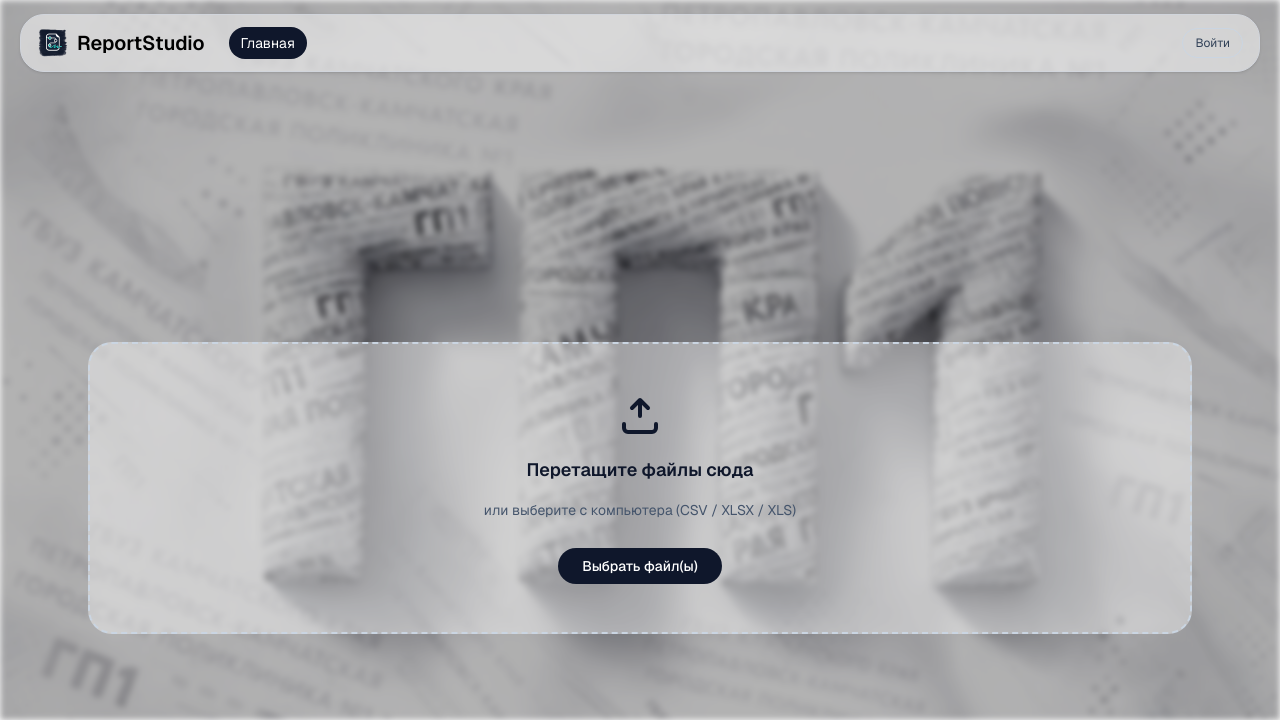
Repository: vladzap2423/report_studio_v2
Page: /
The author's editor kept a copy of each file at every save. The page is drawn from the files as they stood at one save, then again after the next save.
The browser window is 1280 px wide. The pictures show the whole page.
The page's requests for data from a server got no answer. An inner scrolling area shows only its first screen. The project was rebuilt for these pictures with package versions that can differ from the ones it lists, and the page was loaded fresh each time. The framework's server and built-in components were replaced by stand-ins that run in the browser. No one was signed in, and anything a server would have sent is missing. Also part of the build but not shown: next.config.ts, src/app/components/AppToastViewport.tsx, src/app/components/ScriptsList.tsx.

Above is the page before, as saved 2026-04-17 09:52:39.

### src/app/layout.tsx
import type { Metadata } from "next";
import { Geist, Geist_Mono } from "next/font/google";
import "./globals.css"
import Header from "./components/Header";
import { AppToastProvider } from "./components/AppToastProvider";

const geistSans = Geist({
  variable: "--font-geist-sans",
  subsets: ["latin"],
});

const geistMono = Geist_Mono({
  variable: "--font-geist-mono",
  subsets: ["latin"],
});

export const metadata: Metadata = {
  title: "ГП1 Платформа",
  description: "Платформа ГП1",
};

export default function RootLayout({
  children,
}: Readonly<{
  children: React.ReactNode;
}>) {
  return (
    <html lang="ru">
      <body className={`${geistSans.variable} ${geistMono.variable} antialiased`}>
        <AppToastProvider>
          <div className="app-shell">
            <Header
              title="ReportStudio"
              links={[
                { label: "Главная", href: "/" },
                { label: "Задачи", href: "/tasks" },
                { label: "Админ", href: "/admin" },
              ]}
            />

            <main className="app-main-slot">
              <div className="app-main-frame app-page">{children}</div>
            </main>
          </div>
        </AppToastProvider>
      </body>
    </html>
  );
}

### src/app/page.tsx
"use client";
import { useState } from "react";
import DropZone from "./components/DropZone";
import ScriptsList from "./components/ScriptsList";

export default function HomePage() {
  const [files, setFiles] = useState<File[]>([]);
  const [showDrop, setShowDrop] = useState(true);

  const handleFilesPicked = (picked: File[]) => {
    setFiles(picked);
    setShowDrop(false);
  };

  const resetFiles = () => {
    setFiles([]);
    setShowDrop(true);
  };

  return (
      <div className="mx-auto max-w-6xl px-6 py-14 w-full">
        {showDrop ? (
          <DropZone onFilesPicked={handleFilesPicked} />
        ) : (
          <>
            <button onClick={resetFiles} className="mb-6 rounded-2xl bg-slate-900 px-5 py-3 text-white">
              Загрузить новый файл
            </button>
            <ScriptsList files={files} />
          </>
        )}
      </div>
  );
}

### src/app/globals.css
@import "tailwindcss";

:root {
  --background: #ffffff;
  --foreground: #171717;
  --app-max-width: 1400px;
  --app-main-max-width: 1680px;
  --app-gutter: 16px;
  --app-header-py: 12px;
  --app-content-py: 12px;
  color-scheme: light;
}

@theme inline {
  --color-background: var(--background);
  --color-foreground: var(--foreground);
  --font-sans: var(--font-geist-sans);
  --font-mono: var(--font-geist-mono);
}

html,
body {
  height: 100%;
}

body {
  margin: 0;
  background: var(--background);
  color: var(--foreground);
  font-family: var(--font-geist-sans), "Segoe UI", sans-serif;
  position: relative;
  overflow: hidden;
}

body::before {
  content: "";
  position: fixed;
  inset: 0;
  background-image: url("/fon.png");
  background-size: cover;
  background-position: center;
  background-repeat: no-repeat;
  filter: blur(3px) brightness(0.7);
  z-index: -1;
}

.app-shell {
  height: 100dvh;
  display: flex;
  flex-direction: column;
  overflow: hidden;
}

.app-frame {
  width: min(var(--app-max-width), calc(100% - (var(--app-gutter) * 2)));
  margin-inline: auto;
}

.app-main-frame {
  width: min(var(--app-main-max-width), calc(100% - (var(--app-gutter) * 2)));
  margin-inline: auto;
}

.app-header {
  flex: 0 0 auto;
  padding-block: var(--app-header-py);
}

.app-main-slot {
  flex: 1 1 auto;
  min-height: 0;
  padding-bottom: var(--app-content-py);
}

.app-page {
  height: 100%;
  overflow: auto;
}

@media (min-width: 1024px) {
  :root {
    --app-gutter: 20px;
    --app-header-py: 14px;
    --app-content-py: 14px;
  }
}

### src/app/components/Header.tsx
"use client";

import React, { useEffect, useMemo, useState } from "react";
import Link from "next/link";
import { usePathname } from "next/navigation";
import { hasRequiredRole, type UserRole } from "@/lib/roles";

type HeaderLink = {
  label: string;
  href: string;
};

type HeaderProps = {
  title?: string;
  links?: HeaderLink[];
};

type CurrentUser = {
  id: number;
  name: string;
  username: string;
  role: UserRole;
};

const Header: React.FC<HeaderProps> = ({ title = "ГП1 Платформа", links = [] }) => {
  const pathname = usePathname();
  const [user, setUser] = useState<CurrentUser | null>(null);

  useEffect(() => {
    let cancelled = false;

    const loadCurrentUser = async () => {
      try {
        const res = await fetch("/api/auth/me", { cache: "no-store" });
        if (!res.ok) return;
        const data = (await res.json()) as { user?: CurrentUser | null };
        if (!cancelled) {
          setUser(data.user || null);
        }
      } catch {
        // ignore
      }
    };

    if (pathname !== "/login") {
      loadCurrentUser();
    }

    return () => {
      cancelled = true;
    };
  }, [pathname]);

  const visibleLinks = useMemo(() => {
    return links.filter((link) => {
      if (link.href === "/admin") {
        return user ? hasRequiredRole(user.role, "admin") : false;
      }
      if (link.href === "/tasks") {
        return Boolean(user);
      }
      return true;
    });
  }, [links, user]);

  const handleLogout = async () => {
    try {
      await fetch("/api/auth/logout", { method: "POST" });
    } finally {
      window.location.href = "/login";
    }
  };

  return (
    <header className="app-header app-frame w-full">
      <div className="flex w-full items-center justify-between rounded-3xl border border-gray-300 bg-white/50 px-4 py-3 shadow-sm">
        <div className="flex items-center space-x-6">
          <div className="flex shrink-0 items-center gap-2">
            <img
              src="/icon.png"
              alt=""
              className="h-8 w-8"
            />
            <div className="text-xl font-semibold text-black">{title}</div>
          </div>

          <nav className="flex space-x-2">
            {visibleLinks.map((link) => {
              const isActive = pathname === link.href;
              return (
                <Link
                  key={link.href}
                  href={link.href}
                  className={`rounded-3xl px-3 py-1.5 text-sm transition-colors ${
                    isActive ? "bg-slate-900 text-white" : "text-black hover:bg-gray-100"
                  }`}
                >
                  {link.label}
                </Link>
              );
            })}
          </nav>
        </div>

        {user ? (
          <div className="flex items-center gap-3">
            <span className="rounded-full bg-slate-100 px-3 py-1 text-xs text-slate-700">
              {user.name} ({user.role})
            </span>
            <button
              type="button"
              onClick={handleLogout}
              className="rounded-2xl border border-slate-300 px-3 py-1.5 text-xs text-slate-700 hover:bg-slate-100"
            >
              Выйти
            </button>
          </div>
        ) : (
          <Link
            href="/login"
            className="rounded-2xl border border-slate-300 px-3 py-1.5 text-xs text-slate-700 hover:bg-slate-100"
          >
            Войти
          </Link>
        )}
      </div>
    </header>
  );
};

export default Header;

### src/app/components/AppToastProvider.tsx
"use client";

import {
  createContext,
  useCallback,
  useContext,
  useEffect,
  useMemo,
  useRef,
  useState,
  type ReactNode,
} from "react";
import AppToastViewport, { type AppToastItem, type AppToastTone } from "./AppToastViewport";

type AppToastOptions = {
  duration?: number;
  tone?: AppToastTone;
};

type AppToastContextValue = {
  dismissToast: (id: string) => void;
  pushToast: (message: string, options?: AppToastOptions) => void;
  showError: (message: string, duration?: number) => void;
  showInfo: (message: string, duration?: number) => void;
  showSuccess: (message: string, duration?: number) => void;
};

type ToastSyncOptions = {
  error?: string | null;
  errorDuration?: number;
  clearError?: () => void;
  message?: string | null;
  messageDuration?: number;
  messageTone?: AppToastTone;
  clearMessage?: () => void;
};

const AppToastContext = createContext<AppToastContextValue | null>(null);

function getDefaultDuration(tone: AppToastTone) {
  return tone === "error" ? 5200 : 3200;
}

export function AppToastProvider({ children }: { children: ReactNode }) {
  const [items, setItems] = useState<AppToastItem[]>([]);
  const nextIdRef = useRef(1);
  const timeoutsRef = useRef<Map<string, number>>(new Map());
  const lastToastRef = useRef<{ at: number; message: string; tone: AppToastTone } | null>(null);

  const dismissToast = useCallback((id: string) => {
    const timeoutId = timeoutsRef.current.get(id);
    if (timeoutId) {
      window.clearTimeout(timeoutId);
      timeoutsRef.current.delete(id);
    }

    setItems((prev) => prev.filter((item) => item.id !== id));
  }, []);

  const pushToast = useCallback(
    (message: string, options?: AppToastOptions) => {
      const normalized = message.trim();
      if (!normalized) return;

      const tone = options?.tone ?? "info";
      const now = Date.now();
      const lastToast = lastToastRef.current;

      if (
        lastToast &&
        lastToast.message === normalized &&
        lastToast.tone === tone &&
        now - lastToast.at < 300
      ) {
        return;
      }

      lastToastRef.current = { at: now, message: normalized, tone };

      const id = `toast:${nextIdRef.current++}`;
      setItems((prev) => [
        ...prev.slice(-3),
        {
          id,
          tone,
          message: normalized,
          onClose: () => dismissToast(id),
        },
      ]);

      const timeoutId = window.setTimeout(
        () => dismissToast(id),
        options?.duration ?? getDefaultDuration(tone)
      );
      timeoutsRef.current.set(id, timeoutId);
    },
    [dismissToast]
  );

  useEffect(() => {
    return () => {
      timeoutsRef.current.forEach((timeoutId) => window.clearTimeout(timeoutId));
      timeoutsRef.current.clear();
    };
  }, []);

  const value = useMemo<AppToastContextValue>(
    () => ({
      dismissToast,
      pushToast,
      showError: (message, duration) => pushToast(message, { tone: "error", duration }),
      showInfo: (message, duration) => pushToast(message, { tone: "info", duration }),
      showSuccess: (message, duration) => pushToast(message, { tone: "success", duration }),
    }),
    [dismissToast, pushToast]
  );

  return (
    <AppToastContext.Provider value={value}>
      {children}
      <AppToastViewport items={items} />
    </AppToastContext.Provider>
  );
}

export function useAppToast() {
  const context = useContext(AppToastContext);
  if (!context) {
    throw new Error("useAppToast must be used within AppToastProvider");
  }
  return context;
}

export function useToastSync({
  error,
  errorDuration,
  clearError,
  message,
  messageDuration,
  messageTone = "success",
  clearMessage,
}: ToastSyncOptions) {
  const { pushToast } = useAppToast();
  const handledMessageRef = useRef<string | null>(null);
  const handledErrorRef = useRef<string | null>(null);

  useEffect(() => {
    if (!message) {
      handledMessageRef.current = null;
      return;
    }

    if (handledMessageRef.current === message) return;
    handledMessageRef.current = message;
    pushToast(message, { tone: messageTone, duration: messageDuration });
    clearMessage?.();
  }, [clearMessage, message, messageDuration, messageTone, pushToast]);

  useEffect(() => {
    if (!error) {
      handledErrorRef.current = null;
      return;
    }

    if (handledErrorRef.current === error) return;
    handledErrorRef.current = error;
    pushToast(error, { tone: "error", duration: errorDuration });
    clearError?.();
  }, [clearError, error, errorDuration, pushToast]);
}

### src/app/components/DropZone.tsx
"use client";

import { useRef, useState, DragEvent, ChangeEvent, useCallback } from "react";

type DropZoneProps = {
  accept?: string;
  onFilesPicked: (files: File[]) => void;
};

export default function DropZone({ accept = ".csv,.xlsx,.xls", onFilesPicked }: DropZoneProps) {
  const dragDepth = useRef(0);
  const inputRef = useRef<HTMLInputElement | null>(null);

  const [isDragging, setIsDragging] = useState(false);
  const [error, setError] = useState<string | null>(null);
  const [files, setFiles] = useState<File[]>([]);

  const validateFiles = useCallback((picked: File[]) => {
    if (!picked.length) return "Файл не выбран";
    const bad = picked.find(f => ![".csv", ".xlsx", ".xls"].some(ext => f.name.toLowerCase().endsWith(ext)));
    if (bad) return `Файл "${bad.name}" не поддерживается. Разрешены CSV / XLSX / XLS.`;

    const total = picked.reduce((s, f) => s + f.size, 0);
    if (total > 200 * 1024 * 1024) return "Слишком большой объём. Максимум 200MB.";
    return null;
  }, []);

  const handlePicked = useCallback((picked: File[]) => {
    const err = validateFiles(picked);
    if (err) {
      setError(err);
      setFiles([]);
      return;
    }
    setError(null);
    setFiles(picked);
    onFilesPicked(picked);
  }, [onFilesPicked, validateFiles]);

  const onPickClick = () => inputRef.current?.click();

  const onDrop = (e: DragEvent<HTMLDivElement>) => {
    e.preventDefault();
    dragDepth.current = 0;
    setIsDragging(false);
    const picked = Array.from(e.dataTransfer.files || []);
    if (!picked.length) return;
    handlePicked(picked);
  };

  return (
    <div className="flex flex-col gap-6 py-50">
      <div
        onDragEnter={e => { e.preventDefault(); dragDepth.current += 1; setIsDragging(true); }}
        onDragOver={e => e.preventDefault()}
        onDragLeave={e => { e.preventDefault(); dragDepth.current -= 1; if (dragDepth.current <= 0) setIsDragging(false); }}
        onDrop={onDrop}
        className={`
    relative flex flex-col items-center justify-center gap-4 rounded-3xl border-2 border-dashed p-12 transition-all duration-300
    ${isDragging ? "border-emerald-400 bg-white/20 shadow-lg" : "border-slate-300 bg-white/40 hover:border-slate-400 hover:shadow-md"}
  `}
      >
        <svg className="w-12 h-12 text-slate-900" fill="none" stroke="currentColor" viewBox="0 0 24 24">
          <path strokeWidth={2} strokeLinecap="round" strokeLinejoin="round" d="M4 16v2a2 2 0 002 2h12a2 2 0 002-2v-2M12 12v-8m0 0L8 8m4-4l4 4" />
        </svg>
        <p className="text-lg font-semibold text-slate-900">Перетащите файлы сюда</p>
        <p className="text-sm text-slate-600">или выберите с компьютера (CSV / XLSX / XLS)</p>

        <button
          type="button"
          onClick={onPickClick}
          className="mt-3 rounded-full bg-slate-900 px-6 py-2 text-white text-sm font-medium hover:bg-slate-800 active:bg-slate-900"
        >
          Выбрать файл(ы)
        </button>

        <input
          ref={inputRef}
          type="file"
          accept={accept}
          multiple
          className="hidden"
          onChange={(e: ChangeEvent<HTMLInputElement>) => {
            const picked = Array.from(e.target.files || []);
            if (!picked.length) return;
            handlePicked(picked);
          }}
        />
      </div>

      {error && (
        <div className="rounded-lg border border-rose-200 bg-rose-50 px-4 py-3 text-sm text-rose-700">
          {error}
        </div>
      )}

      {files.length > 0 && (
        <div className="flex flex-col gap-2 mt-4">
          {files.map((f, idx) => (
            <div
              key={idx}
              className="flex items-center justify-between rounded-xl border border-slate-200 bg-slate-50 px-4 py-2 text-sm text-slate-700"
            >
              <span className="font-medium">{f.name}</span>
              <span className="text-xs text-slate-500">{(f.size / 1024 / 1024).toFixed(2)} MB</span>
            </div>
          ))}
        </div>
      )}
    </div>
  );
}

### src/lib/roles.ts
export type UserRole = "user" | "admin" | "god";

const ROLE_PRIORITY: Record<UserRole, number> = {
  user: 1,
  admin: 2,
  god: 3,
};

export function hasRequiredRole(role: UserRole, required: UserRole): boolean {
  return ROLE_PRIORITY[role] >= ROLE_PRIORITY[required];
}

After the next save:
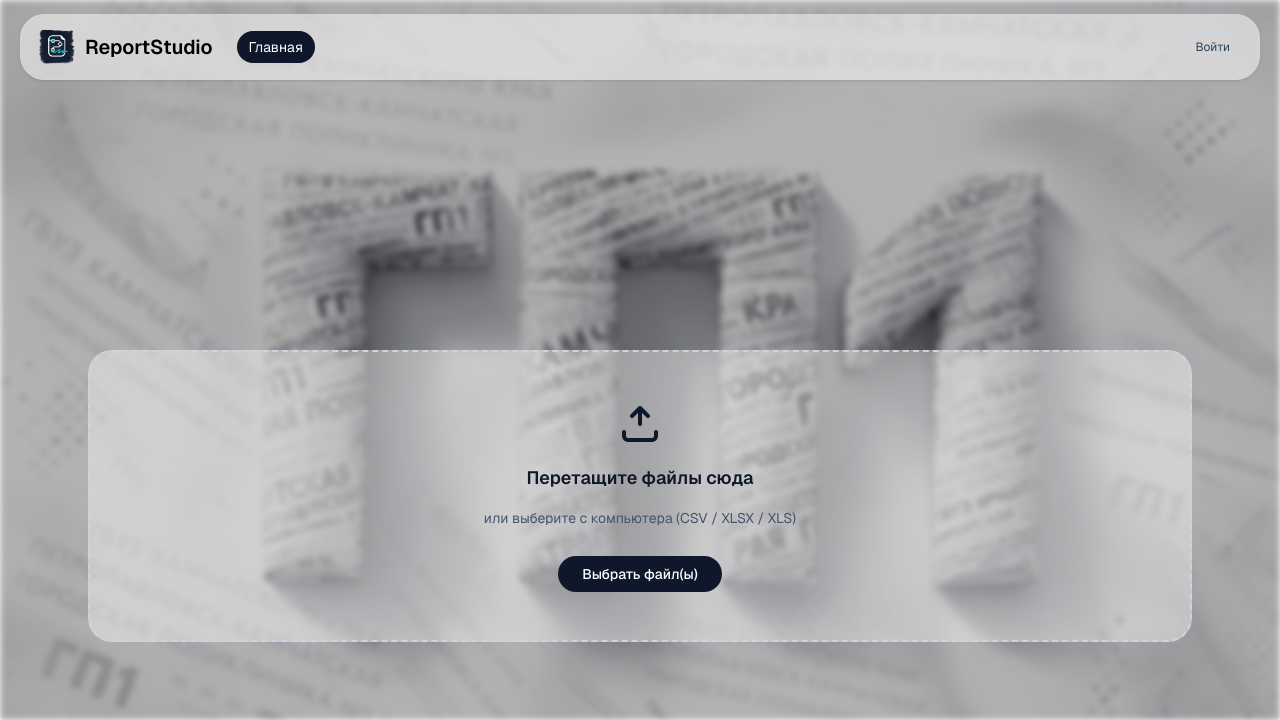
Saved 15 s later.
--- a/src/app/components/Header.tsx
+++ b/src/app/components/Header.tsx
@@ -79,7 +79,7 @@ const Header: React.FC<HeaderProps> = ({ title = "ГП1 Платформа", lin
             <img
               src="/icon.png"
               alt=""
-              className="h-8 w-8"
+              className="h-10 w-10"
             />
             <div className="text-xl font-semibold text-black">{title}</div>
           </div>
